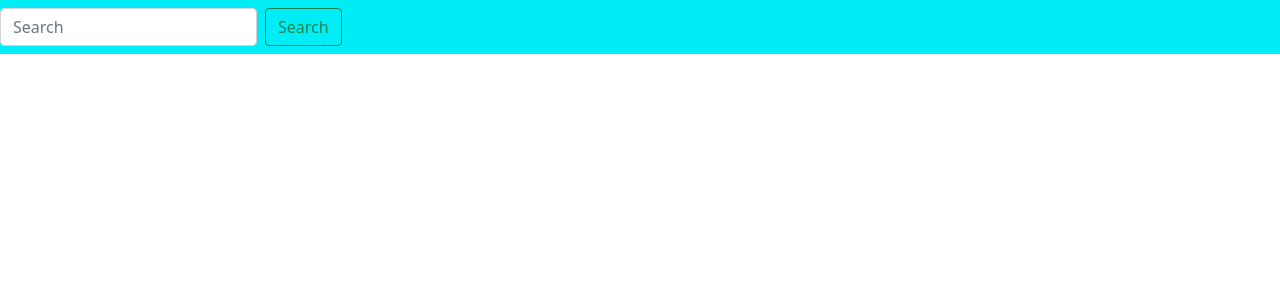
Repository: ViniciusCMS/StudyJquerry
Page: index.html
The author's editor kept a copy of each file at every save. The page is drawn from the files as they stood at one save, then again after the next save.
The browser window is 1280 px wide. The pictures show the whole page.

Above is the page before, as saved 2021-11-26 10:37:55.

After the next save:
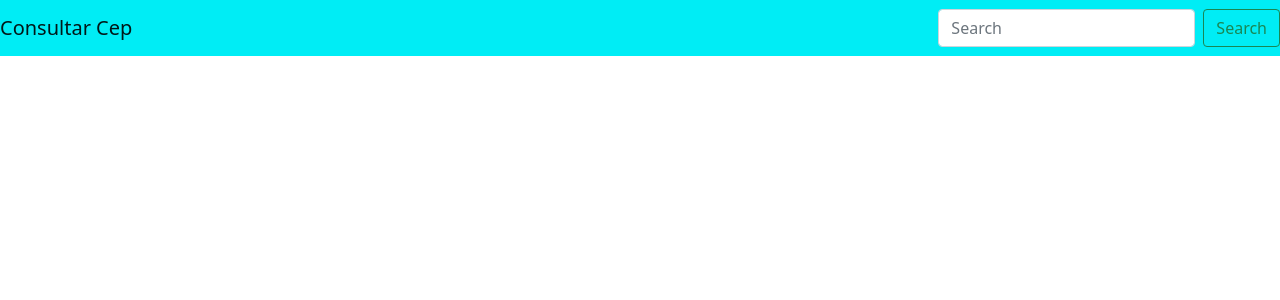
Saved 105 s later.
--- a/index.html
+++ b/index.html
@@ -11,6 +11,7 @@
 </head>
 <body>
    <nav class="navbar navbar-light" style="background-color: #00edf5;">
+    <a class="navbar-brand">Consultar Cep</a>
       <form class="d-flex">
         <input class="form-control me-2" type="search" placeholder="Search" aria-label="Search">
         <button class="btn btn-outline-success" type="submit">Search</button>
